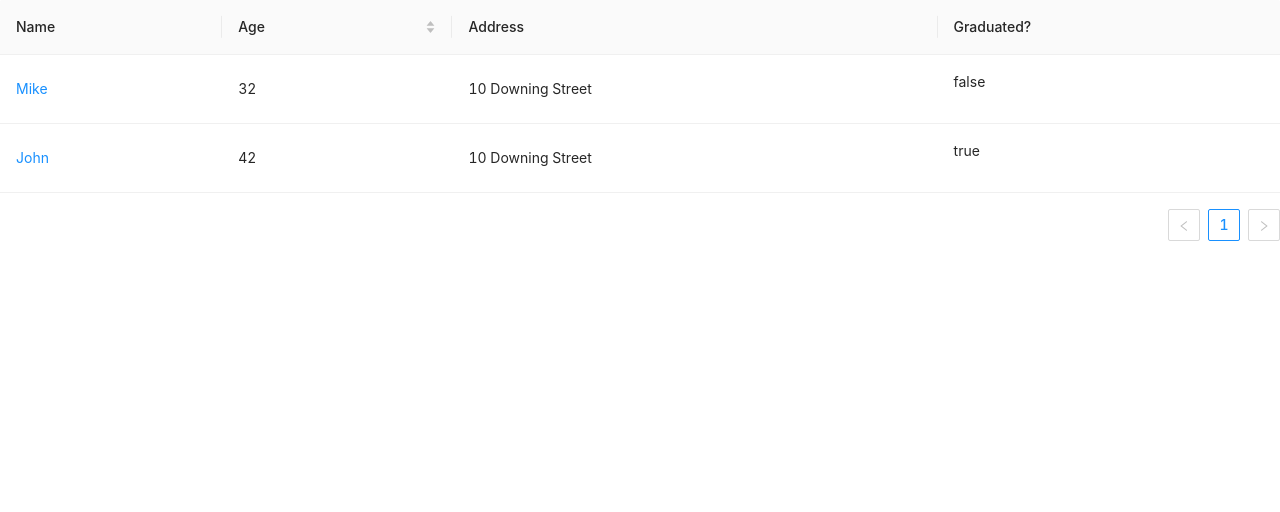
Repository: tiendungjr123/ant-design
Page: /
An editor plug-in stored every save of this project. The page is shown before and after the next save, followed by the edit.
The browser window is 1280 px wide. The pictures show the whole page.
The project was rebuilt for these pictures with package versions that can differ from the ones it lists, and the page was loaded fresh each time. Also part of the build but not shown: src/components/AntButton.js, src/components/AntInput.js, src/components/AntSelect.js, src/components/AntForm.js.

Above is the page before, as saved 2022-09-28 21:35:13.

After the next save:
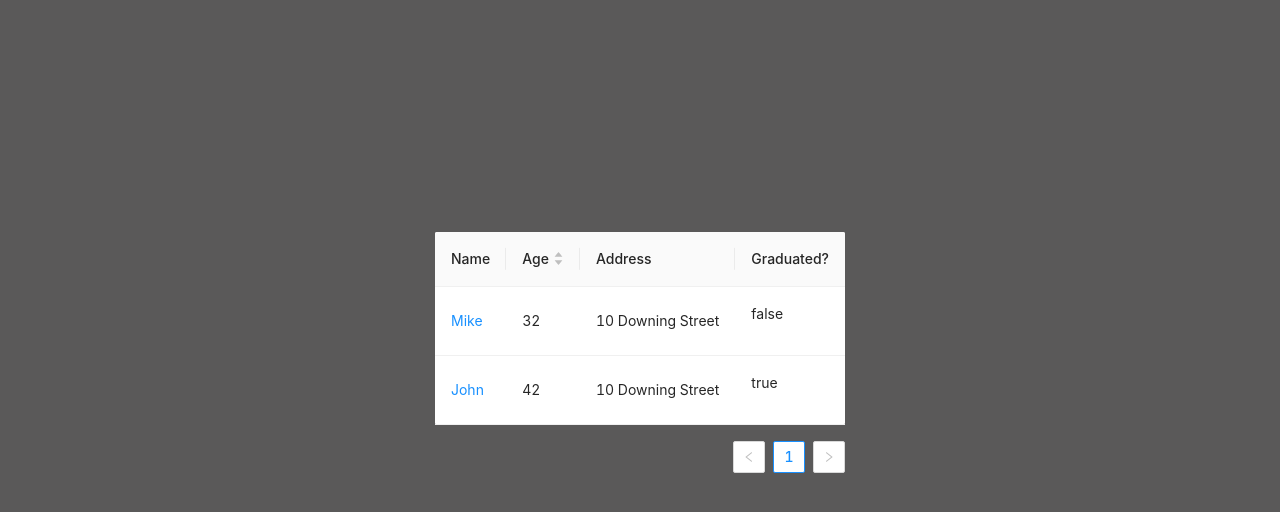
Saved 4 s later.
--- a/src/App.js
+++ b/src/App.js
@@ -1,5 +1,5 @@
-
-import "antd/dist/antd.css";
+import React from "react";
+import "./App.css";
 import AntButton from "./components/AntButton";
 import AntInput from "./components/AntInput";
 import AntSelect from "./components/AntSelect";
